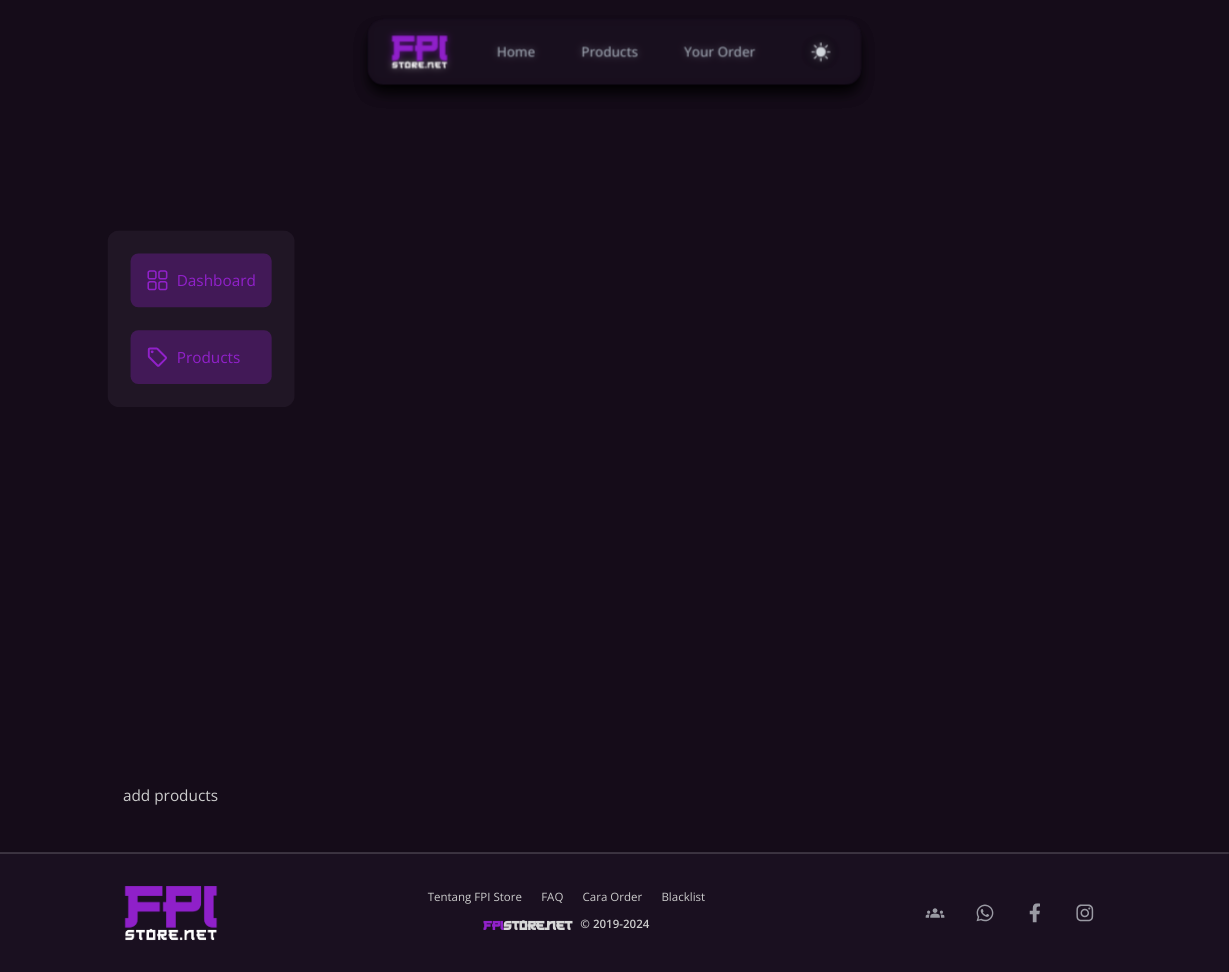
Repository: rezzadtyp/fpistore.net
Page: /dashboard/add-products
An editor plug-in stored every save of this project. The page is shown before and after a run of saves, followed by the edit.
The browser window is 1280 px wide. The pictures show the whole page, at 96% of full size.
The project was rebuilt for these pictures with package versions that can differ from the ones it lists, and the page was loaded fresh each time. The framework's server and built-in components were replaced by stand-ins that run in the browser. Also part of the build but not shown: next.config.mjs, components/shared/Loading.tsx.

Above is the page before, as saved 2024-08-16 01:59:50.

After the next 2 saves:
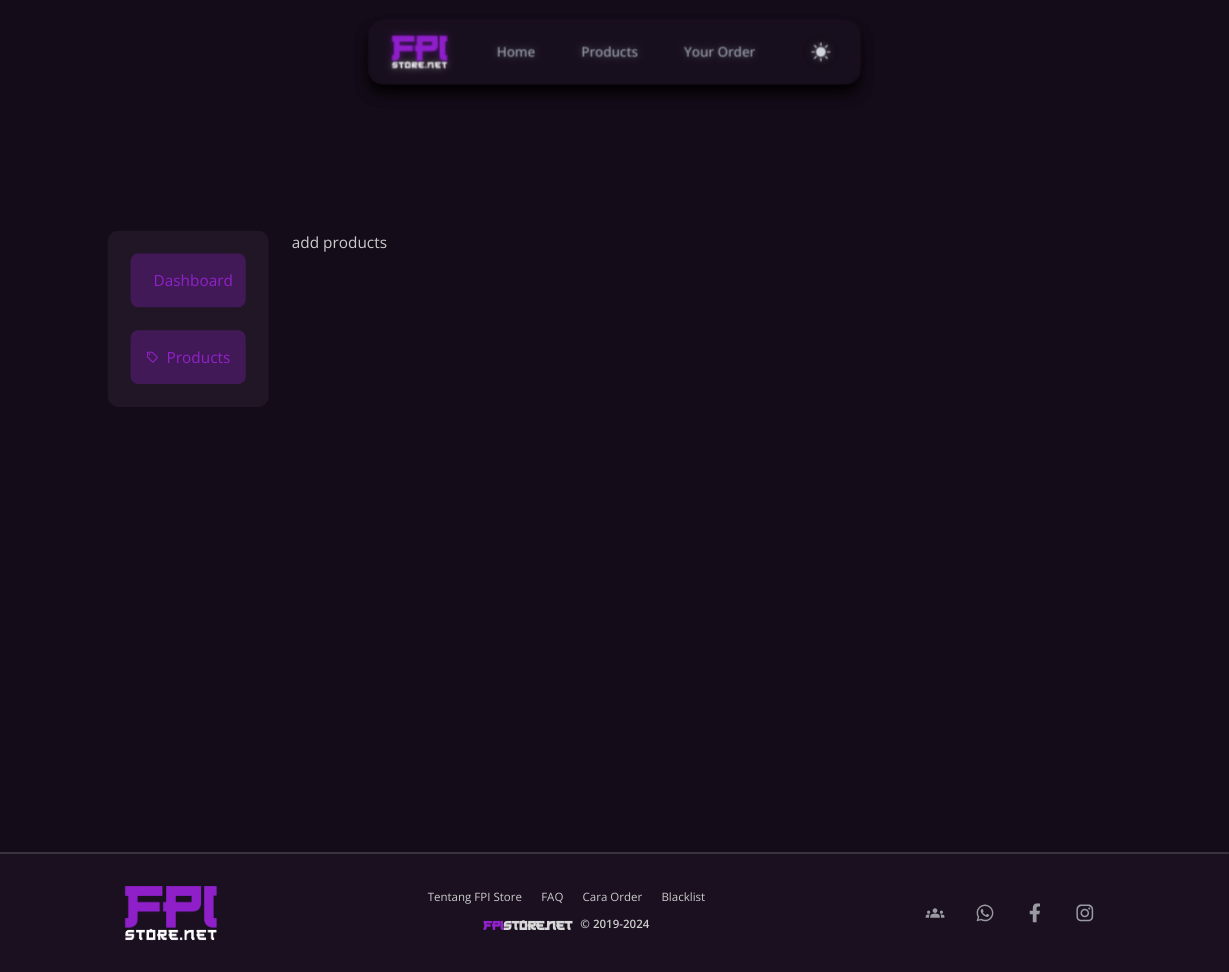
The 2 saves are shown as one change because they came seconds apart.
The last was saved 12 s later.
--- a/app/(root)/dashboard/layout.tsx
+++ b/app/(root)/dashboard/layout.tsx
@@ -9,7 +9,7 @@ const Layout = ({ children }: { children: React.ReactNode }) => {
   return (
     <main className='relative '>
       <Navbar />
-      <section className='flex min-h-screen justify-between flex-1 flex-col gap-6 px-6 pb-6 md:pt-10 lg:pt-24 max-md:pb-14 sm:px-14'>
+      <section className='flex min-h-screen justify-between flex-1 gap-6 px-6 pb-6 md:pt-10 lg:pt-24 max-md:pb-14 sm:px-14'>
         <section className='custom-scrollbar bg-light-200 dark:bg-dark-500 light-border rounded-xl sticky h-fit lg:left-0 lg:top-4 flex w-fit md:flex-col justify-between overflow-y-auto p-6 shadow-black/20 shadow-xl dark:shadow-none lg:w-fit'>
           <div className='flex flex-1 flex-col max-sm:flex-row gap-6 '>
             {/* masih static */}
